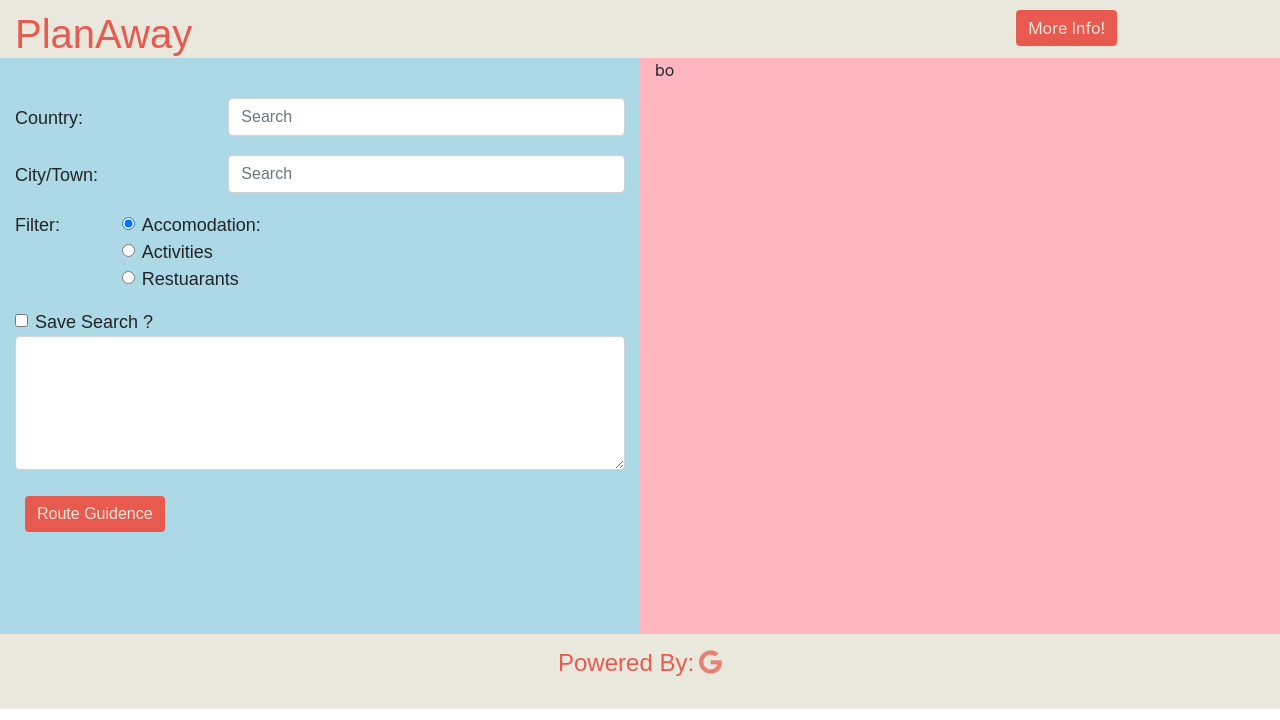
Repository: Brad000/PlanAway-Project
Page: planner.html
The author's editor kept a record of every edit. The page is drawn from the files as they stood at one moment, then again after the next edit.
The browser window is 1280 px wide. The pictures show the whole page.
Some icons come from a web library that is not loaded, so they are not drawn. Some web fonts or font styles are not loaded; a fallback is used. Some web libraries are served in a nearby version.

Above is the page before.

After the next edit:
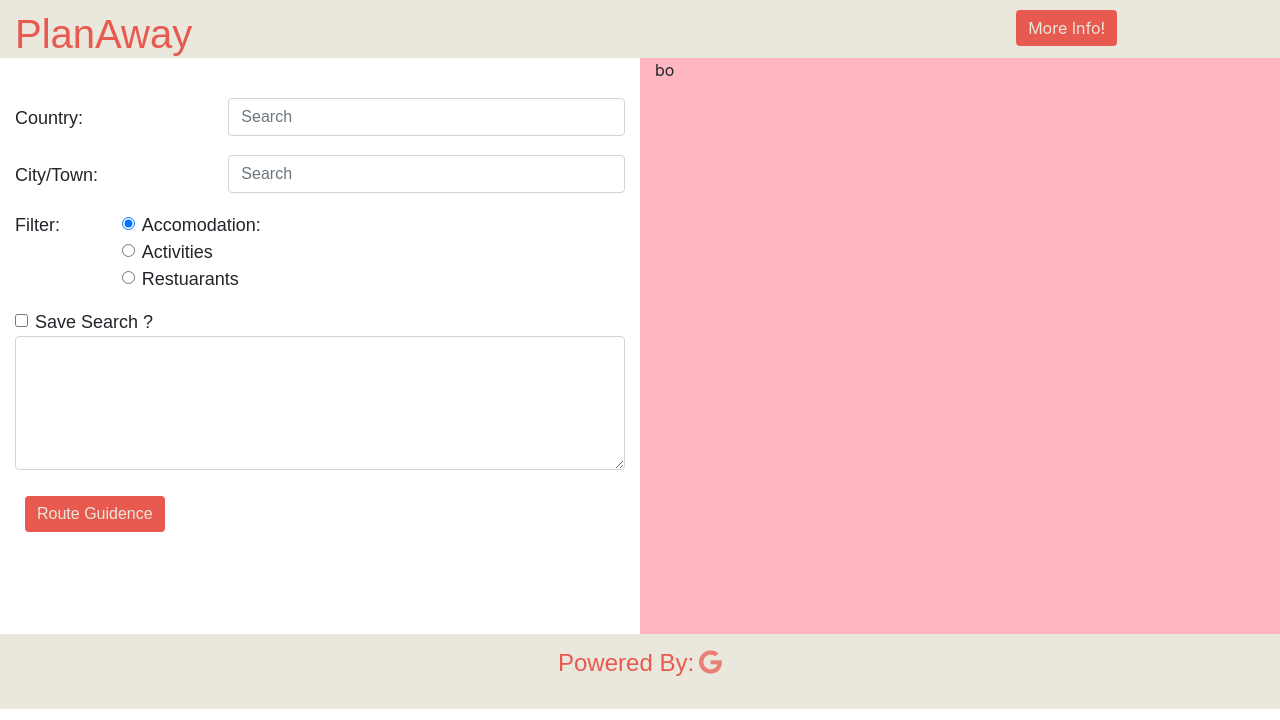
The edit:
--- a/planner.html
+++ b/planner.html
@@ -39,7 +39,7 @@
 
     <section class="container-fluid">
         <div class="row">
-            <div class="col-12 col-md-6 n" id="top">
+            <div class="col-12 col-md-6 form-style" id="top">
 
                 <form class="plan-form">
                     <div class="form-group row">
